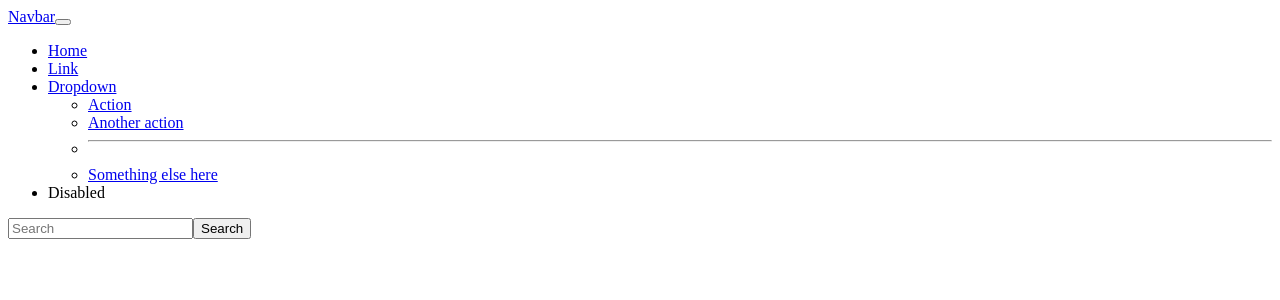
Repository: AHSANS354/ecommerce-catalog
Page: /
An editor plug-in stored every save of this project. The page is shown before and after the next save, followed by the edit.
The browser window is 1280 px wide. The pictures show the whole page.
The project was rebuilt for these pictures with package versions that can differ from the ones it lists, and the page was loaded fresh each time. Also part of the build but not shown: vue.config.js.

Above is the page before, as saved 2023-03-01 15:34:36.

### src/App.vue
<template>
  <div id="app">
    <router-view />
  </div>
</template>

### src/views/HomeView.vue
<template>
  <div class="home">
    <navbar-view />
  </div>
</template>

<script>
import NavbarView from "@/components/NavbarView.vue";
// @ is an alias to /src

export default {
  name: "HomeView",
  components: {
    NavbarView,
  },
};
</script>

### src/components/NavbarView.vue
<template>
  <div class="container">
    <nav class="navbar navbar-expand-lg bg-body-tertiary">
      <div class="container-fluid">
        <a class="navbar-brand" href="#">Navbar</a>
        <button
          class="navbar-toggler"
          type="button"
          data-bs-toggle="collapse"
          data-bs-target="#navbarSupportedContent"
          aria-controls="navbarSupportedContent"
          aria-expanded="false"
          aria-label="Toggle navigation"
        >
          <span class="navbar-toggler-icon"></span>
        </button>
        <div class="collapse navbar-collapse" id="navbarSupportedContent">
          <ul class="navbar-nav me-auto mb-2 mb-lg-0">
            <li class="nav-item">
              <a class="nav-link active" aria-current="page" href="#">Home</a>
            </li>
            <li class="nav-item">
              <a class="nav-link" href="#">Link</a>
            </li>
            <li class="nav-item dropdown">
              <a
                class="nav-link dropdown-toggle"
                href="#"
                role="button"
                data-bs-toggle="dropdown"
                aria-expanded="false"
              >
                Dropdown
              </a>
              <ul class="dropdown-menu">
                <li><a class="dropdown-item" href="#">Action</a></li>
                <li><a class="dropdown-item" href="#">Another action</a></li>
                <li><hr class="dropdown-divider" /></li>
                <li>
                  <a class="dropdown-item" href="#">Something else here</a>
                </li>
              </ul>
            </li>
            <li class="nav-item">
              <a class="nav-link disabled">Disabled</a>
            </li>
          </ul>
          <form class="d-flex" role="search">
            <input
              class="form-control me-2"
              type="search"
              placeholder="Search"
              aria-label="Search"
            />
            <button class="btn btn-outline-success" type="submit">
              Search
            </button>
          </form>
        </div>
      </div>
    </nav>
  </div>
</template>

<script>
export default {
  name: "NavbarView",
};
</script>

<style>
</style>

Loaded but not shown: public/index.html (common file); src/main.js (common file); src/router/index.js (common file)

After the next save:
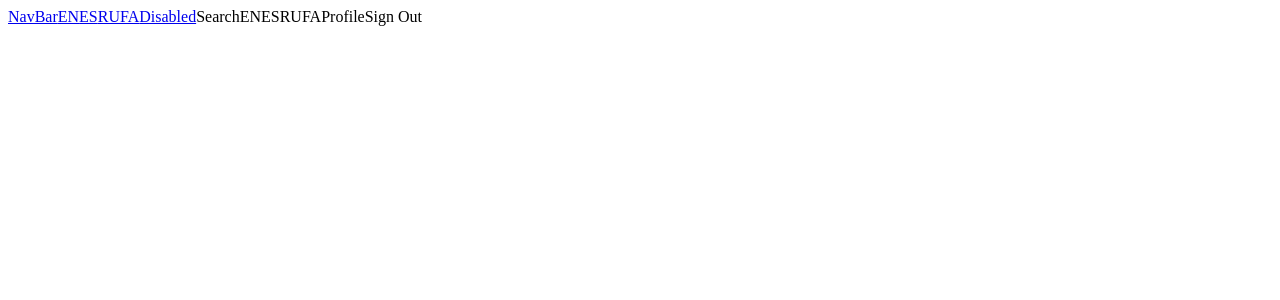
Saved 29 s later.
--- a/src/components/NavbarView.vue
+++ b/src/components/NavbarView.vue
@@ -1,64 +1,52 @@
 <template>
   <div class="container">
-    <nav class="navbar navbar-expand-lg bg-body-tertiary">
-      <div class="container-fluid">
-        <a class="navbar-brand" href="#">Navbar</a>
-        <button
-          class="navbar-toggler"
-          type="button"
-          data-bs-toggle="collapse"
-          data-bs-target="#navbarSupportedContent"
-          aria-controls="navbarSupportedContent"
-          aria-expanded="false"
-          aria-label="Toggle navigation"
-        >
-          <span class="navbar-toggler-icon"></span>
-        </button>
-        <div class="collapse navbar-collapse" id="navbarSupportedContent">
-          <ul class="navbar-nav me-auto mb-2 mb-lg-0">
-            <li class="nav-item">
-              <a class="nav-link active" aria-current="page" href="#">Home</a>
-            </li>
-            <li class="nav-item">
-              <a class="nav-link" href="#">Link</a>
-            </li>
-            <li class="nav-item dropdown">
-              <a
-                class="nav-link dropdown-toggle"
-                href="#"
-                role="button"
-                data-bs-toggle="dropdown"
-                aria-expanded="false"
-              >
-                Dropdown
-              </a>
-              <ul class="dropdown-menu">
-                <li><a class="dropdown-item" href="#">Action</a></li>
-                <li><a class="dropdown-item" href="#">Another action</a></li>
-                <li><hr class="dropdown-divider" /></li>
-                <li>
-                  <a class="dropdown-item" href="#">Something else here</a>
-                </li>
-              </ul>
-            </li>
-            <li class="nav-item">
-              <a class="nav-link disabled">Disabled</a>
-            </li>
-          </ul>
-          <form class="d-flex" role="search">
-            <input
-              class="form-control me-2"
-              type="search"
+    <b-navbar toggleable="lg" type="light">
+      <router-link class="navbar-brand" to="/">NavBar</router-link>
+
+      <b-navbar-toggle target="nav-collapse"></b-navbar-toggle>
+
+      <b-collapse id="nav-collapse" is-nav>
+        <b-navbar-nav>
+          <b-nav-item-dropdown text="List Product" right>
+            <router-link class="dropdown-item" to="/">EN</router-link>
+            <router-link class="dropdown-item" to="/">ES</router-link>
+            <router-link class="dropdown-item" to="/">RU</router-link>
+            <router-link class="dropdown-item" to="/">FA</router-link>
+          </b-nav-item-dropdown>
+          <router-link class="navbar" to="/nav">Disabled</router-link>
+        </b-navbar-nav>
+
+        <!-- Right aligned nav items -->
+        <b-navbar-nav class="ml-auto">
+          <b-nav-form>
+            <b-form-input
+              size="sm"
+              class="mr-sm-2"
               placeholder="Search"
-              aria-label="Search"
-            />
-            <button class="btn btn-outline-success" type="submit">
-              Search
-            </button>
-          </form>
-        </div>
-      </div>
-    </nav>
+            ></b-form-input>
+            <b-button size="sm" class="my-2 my-sm-0" type="submit"
+              >Search</b-button
+            >
+          </b-nav-form>
+
+          <b-nav-item-dropdown text="Lang" right>
+            <b-dropdown-item href="#">EN</b-dropdown-item>
+            <b-dropdown-item href="#">ES</b-dropdown-item>
+            <b-dropdown-item href="#">RU</b-dropdown-item>
+            <b-dropdown-item href="#">FA</b-dropdown-item>
+          </b-nav-item-dropdown>
+
+          <b-nav-item-dropdown right>
+            <!-- Using 'button-content' slot -->
+            <template #button-content>
+              <em>User</em>
+            </template>
+            <b-dropdown-item href="#">Profile</b-dropdown-item>
+            <b-dropdown-item href="#">Sign Out</b-dropdown-item>
+          </b-nav-item-dropdown>
+        </b-navbar-nav>
+      </b-collapse>
+    </b-navbar>
   </div>
 </template>
 
